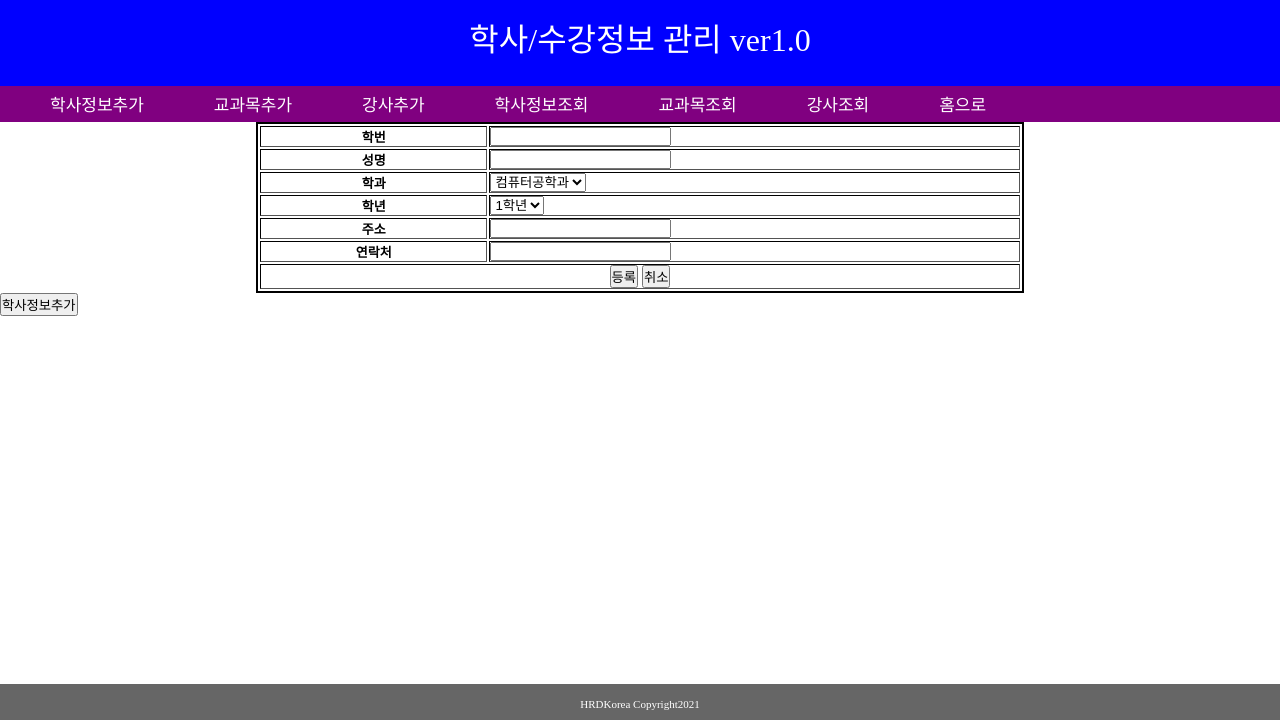
Repository: cccf777/-
Page: http://localhost/hrd0422/junhbo/teacherInsert.jsp
These files come from the project's save history. The page is drawn as it stood at one moment and after the next save; the edit follows.
The browser window is 1280 px wide. The pictures show the whole page.
The page is served by Tomcat 9. Other server files are loaded and not shown.

Above is the page before, as saved 2021-04-22 07:30:44.

### workspace/hrd0422/src/main/webapp/junhbo/teacherInsert.jsp
<%@ page language="java" contentType="text/html; charset=UTF-8"
    pageEncoding="UTF-8"%>
<!DOCTYPE html>
<html>
<head>
<meta charset="UTF-8">
<title>Insert title here</title>
<script>
function check(){
	if(document.form.idx.value==""){
		alert("강사id 입력되지 않음");
		document.form.idx.focus();
	}else if(document.form.name.value==""){
		alert("강사이름이 입력되지 않음");
		document.form.name.focus();
	}else if(document.form.major.value==""){
		alert("전공이 입력되지 않음");
		document.form.major.focus();
	}else if(document.form.field.value==""){
		alert("세부전공이 입력되지 않음");
		document.form.field.focus();
	}else{
		document.form.submit();
	}
}

</script>
</head>
<body>

<%@ include file="header.jsp" %>
<%@ include file="nav.jsp" %>
<section>
<form name="form" method="post" action="teacherProcess.jsp">
<table border="1" id="table1">
	<tr>
		<th width="30%">학번</th>
		<td><input type="text" name="studno" id="in1" <%-- value="<%=no %>" --%>></td>
	</tr>
	<tr>
		<th width="30%">성명</th>
		<td><input type="text" name="name" id="in1"></td>
	</tr>
	<tr>
		<th width="30%">학과</th>
		<td>
		<select name="dept" id="in1">
		<option value="1" selected>컴퓨터공학과</option>
		<option value="2">경영학과</option>
		<option value="3">경제학과</option>
		</select>
		</td>
	</tr>
	<tr>
		<th width="30%">학년</th>
		<td>
		<select name="position" id="in1">
		<option value="1" selected>1학년</option>
		<option value="2">2학년</option>
		<option value="3">3학년</option>
		</select>
		</td>
	</tr>
	<tr>
		<th width="30%">주소</th>
		<td><input type="text" name="address"  id="in1"></td>
	</tr>
	<tr>
		<th width="30%">연락처</th>
		<td><input type="text" name="phone"  id="in1"></td>
	</tr>
	<tr>
		<td colspan=2 class="center">
		<input type="button" value="등록" onclick="javascript:check()">
		<input type="reset" value="취소">
		</td>
	</tr>
</table>
</form>
<input type="button" value="학사정보추가" >
</section>
<%@ include file="footer.jsp" %>
</body>
</html>

### workspace/hrd0422/src/main/webapp/junhbo/header.jsp
<%@ page language="java" contentType="text/html; charset=UTF-8"
    pageEncoding="UTF-8"%>
<!DOCTYPE html>
<html>
<head>
<meta charset="UTF-8">
<title>Insert title here</title>
<link rel="stylesheet" href="common.css">
</head>
<body>
<header>학사/수강정보 관리 ver1.0

</header>
</body>
</html>

### workspace/hrd0422/src/main/webapp/junhbo/nav.jsp
<%@ page language="java" contentType="text/html; charset=UTF-8"
    pageEncoding="UTF-8"%>
<!DOCTYPE html>
<html>
<head>
<meta charset="UTF-8">
<title>Insert title here</title>
<link rel="stylesheet" href="common.css">
</head>
<body>
<nav>
	<ul>
		<li><a href="hakInsert.jsp">학사정보추가</a></li>
		<li><a href="subinsert.jsp">교과목추가</a></li>
		<li><a href="teacherInsert.jsp">강사추가</a></li>
		<li><a href="studentSelect.jsp">학사정보조회</a></li>
		<li><a href="subSelect.jsp">교과목조회</a></li>
		<li><a href="teacherSelect.jsp">강사조회</a></li>
		<li><a href="index.jsp">홈으로</a></li>
	</ul>
</nav>
</body>
</html>

### workspace/hrd0422/src/main/webapp/junhbo/footer.jsp
<%@ page language="java" contentType="text/html; charset=UTF-8"
    pageEncoding="UTF-8"%>
<!DOCTYPE html>
<html>
<head>
<meta charset="UTF-8">
<title>Insert title here</title>
<link rel="stylesheet" href="common.css">
</head>
<body>
<footer>
HRDKorea Copyright2021
</footer>
</body>
</html>

### workspace/hrd0422/src/main/webapp/junhbo/common.css
@charset "UTF-8";
header{
	height:12%;
	background:#0000ff;
	color:#ffffff;
	text-align:center;
	line-height:80px;
	font-size:2em;
}

footer{
	height:5%;
	background:#666;
	color:#fff;
	text-align:center;
	line-height:40px;
	font-size:11px;
}
nav{
	height:5%;
	line-height:40px;
	background:purple;
	text-align:left;
}
nav ul{
	display:inline-block;
	list-style-type:none;
}
nav li{
	float:left;
	margin: 0 0 0 30px;
}
nav a{
	display:block;
	color:#ffffff;
	font-size:17px;
	text-decoration:none;
	padding:0 20px;
}

section{
	height:78%;
	width:100%;
	margin:0 auto;
	font-size:13px;
}
*{
	margin:0;
	padding:0;
}
html,body{
	height:100%;
	width:100%;
}

section table{
	width:70%;
	height:50%;
	margin:0 auto;
	border:2px solid black;
}
#table1{
	width:60%;
	height:50%;
	margin:0 auto;
	border:2px solid black;
}
#h3{
	text-align:center;
	padding:0.5% 0;
}
.center{
	text-align: center;
	font-size:1.2em;
}
#id1{
	height:30px;
	width:60%;
}
#t1{
	margin-left:25%;
}

After the next save:
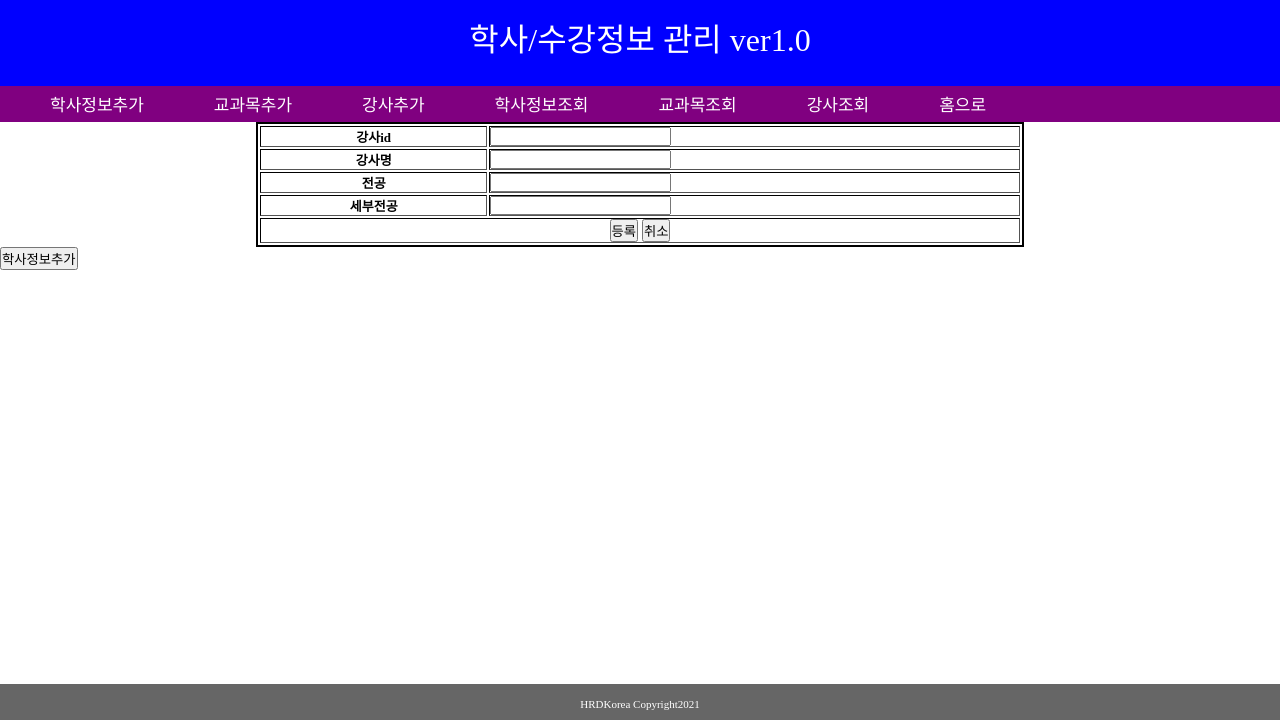
Saved 71 s later.
--- a/workspace/hrd0422/src/main/webapp/junhbo/teacherInsert.jsp
+++ b/workspace/hrd0422/src/main/webapp/junhbo/teacherInsert.jsp
@@ -34,40 +34,24 @@ function check(){
 <form name="form" method="post" action="teacherProcess.jsp">
 <table border="1" id="table1">
 	<tr>
-		<th width="30%">학번</th>
-		<td><input type="text" name="studno" id="in1" <%-- value="<%=no %>" --%>></td>
+		<th width="30%">강사id</th>
+		<td><input type="text" name="idx" id="in1" <%-- value="<%=no %>" --%>></td>
 	</tr>
 	<tr>
-		<th width="30%">성명</th>
+		<th width="30%">강사명</th>
 		<td><input type="text" name="name" id="in1"></td>
 	</tr>
 	<tr>
-		<th width="30%">학과</th>
+		<th width="30%">전공</th>
 		<td>
-		<select name="dept" id="in1">
-		<option value="1" selected>컴퓨터공학과</option>
-		<option value="2">경영학과</option>
-		<option value="3">경제학과</option>
-		</select>
+		<input type="text" name="major" id="in1">
 		</td>
 	</tr>
 	<tr>
-		<th width="30%">학년</th>
+		<th width="30%">세부전공</th>
 		<td>
-		<select name="position" id="in1">
-		<option value="1" selected>1학년</option>
-		<option value="2">2학년</option>
-		<option value="3">3학년</option>
-		</select>
+		<input type="text" name="name" id="in1">
 		</td>
-	</tr>
-	<tr>
-		<th width="30%">주소</th>
-		<td><input type="text" name="address"  id="in1"></td>
-	</tr>
-	<tr>
-		<th width="30%">연락처</th>
-		<td><input type="text" name="phone"  id="in1"></td>
 	</tr>
 	<tr>
 		<td colspan=2 class="center">
